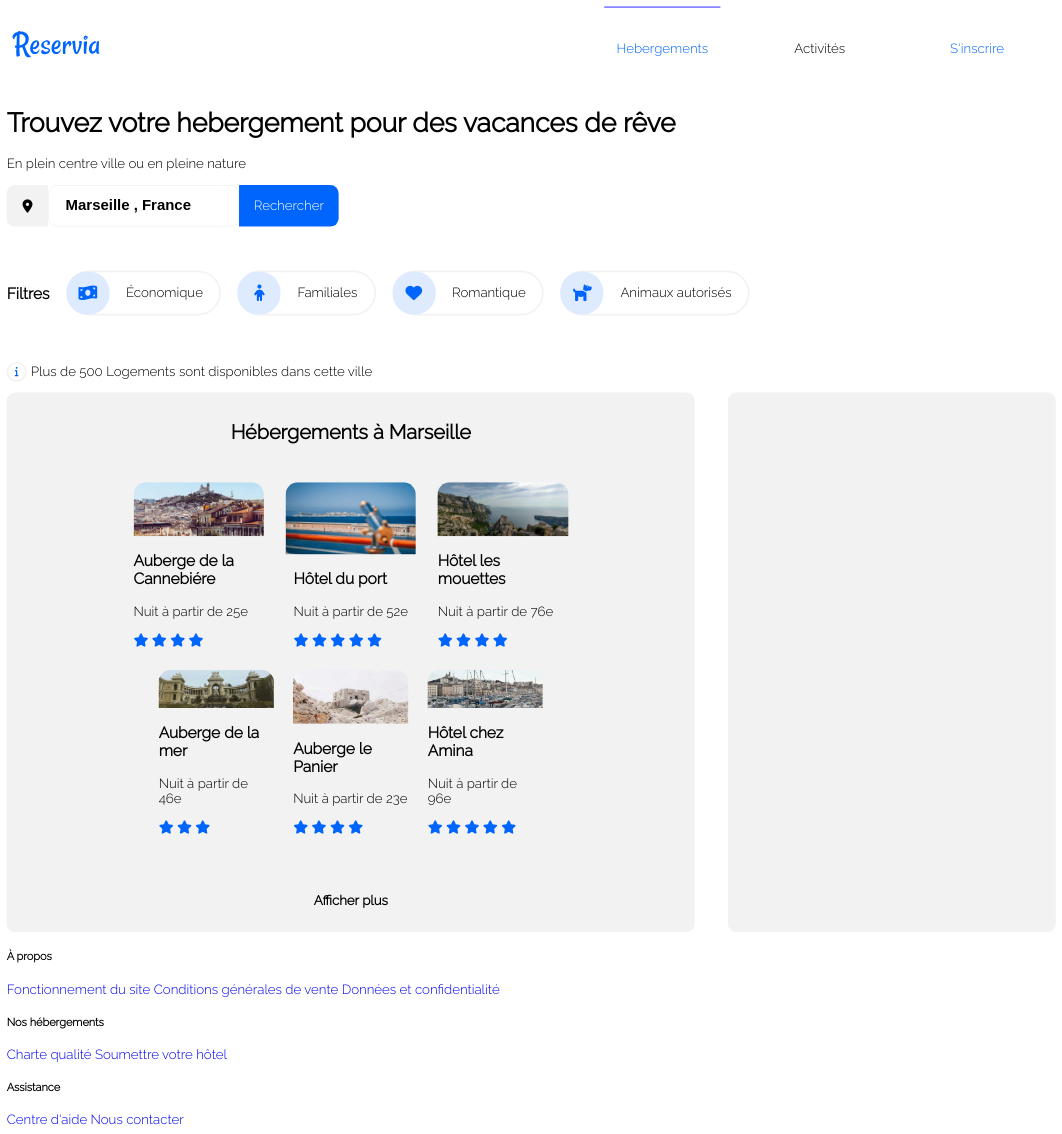
Repository: jaydeeonghub/DYLANBARBARISI_2_16062021
Page: index.html
The author's editor kept a copy of each file at every save. The page is drawn from the files as they stood at one save, then again after the next save.
The browser window is 1280 px wide. The pictures show the whole page, at 83% of full size.
Some web libraries are served in a nearby version.

Above is the page before, as saved 2021-07-13 20:12:01.

After the next save:
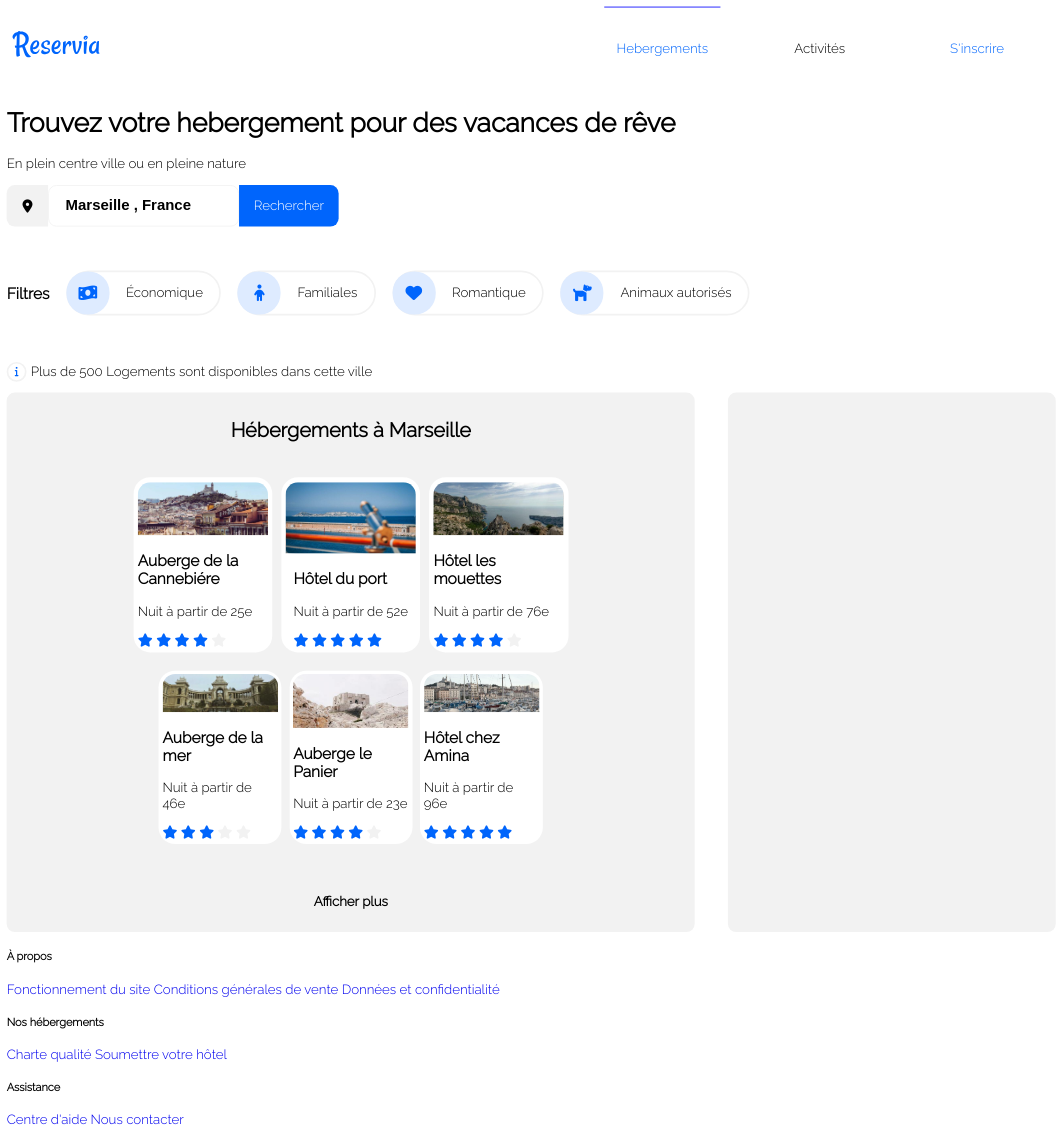
Saved 3 min 10 s later.
--- a/Styles.css
+++ b/Styles.css
@@ -258,4 +258,7 @@ border-radius: 10px;
 .cubeHebergements {
     width: 30%;
     height: 200px;
-}
+    background-color: white;
+    padding: 1%;
+    border-radius: 20px;
+}
